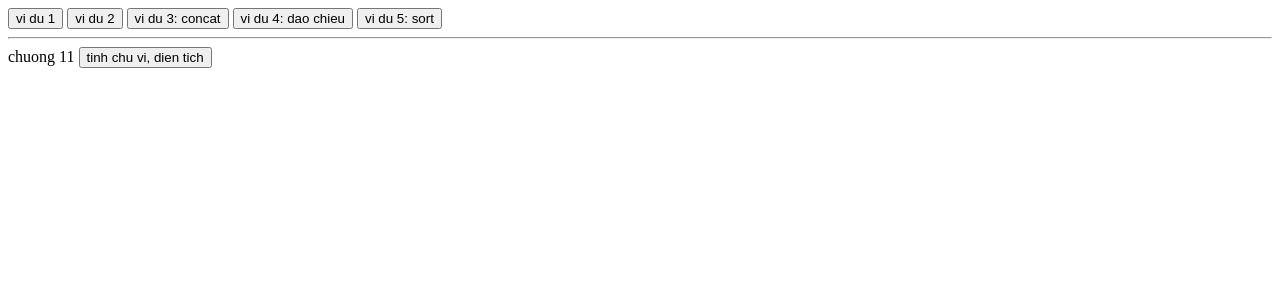
Repository: thanhp6868/ltWeb
Page: 1810/vidu/index.html
An editor plug-in stored every save of this project. The page is shown before and after the next save, followed by the edit.
The browser window is 1280 px wide. The pictures show the whole page.

Above is the page before, as saved 2023-10-18 14:22:03.

After the next save:
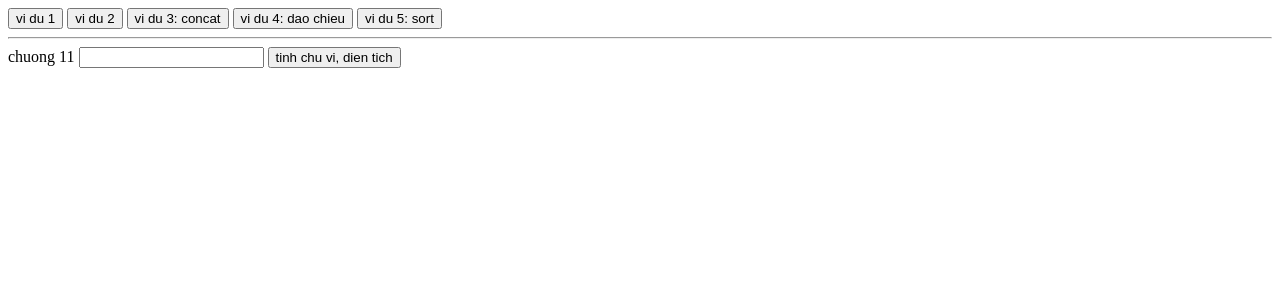
Saved 4 min 27 s later.
--- a/1810/vidu/index.html
+++ b/1810/vidu/index.html
@@ -14,6 +14,7 @@
     <button onclick="arraytest(true)">vi du 5: sort</button>
 <hr>
     chuong 11
+    <input type="number" id="r">
     <button onclick="hinhTron()">tinh chu vi, dien tich</button>
 
 
